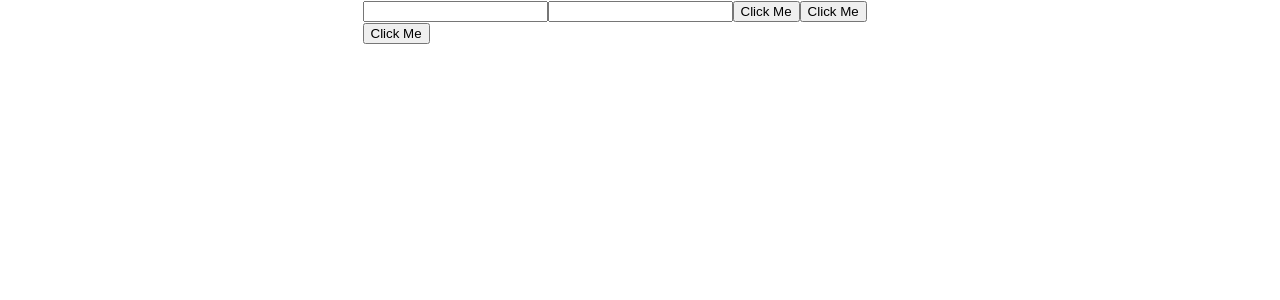
Repository: rafimohammad839/React-Time-App
Page: /
The author's editor kept a copy of each file at every save. The page is drawn from the files as they stood at one save, then again after the next save.
The browser window is 1280 px wide. The pictures show the whole page.
The project was rebuilt for these pictures with package versions that can differ from the ones it lists, and the page was loaded fresh each time.

Above is the page before, as saved 2022-06-26 11:38:28.

After the next save:
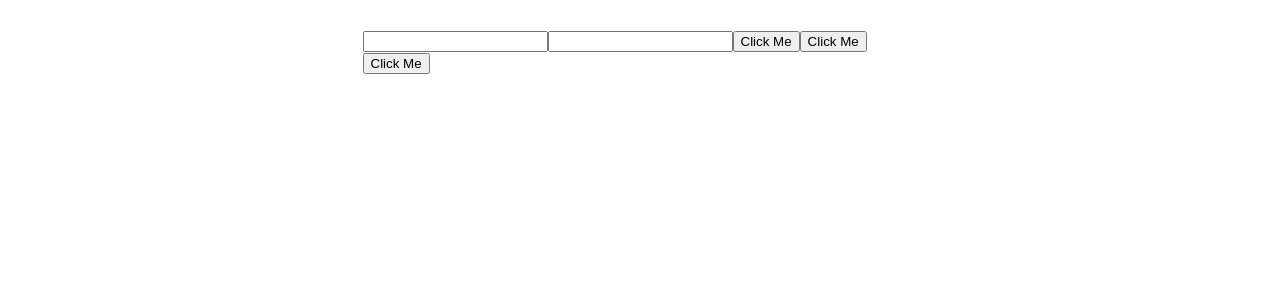
Saved 21 s later.
--- a/src/index.css
+++ b/src/index.css
@@ -14,5 +14,5 @@ code {
 
 .timer-container {
   width: 555px;
-  margin: auto;
+  margin: 30px auto;
 }
